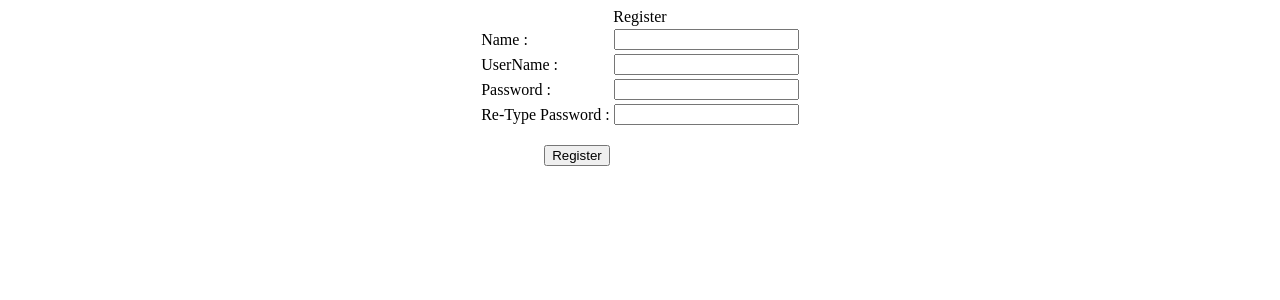
Repository: ShegokarSneha/Login-Registration
Page: http://localhost/LoginRegistration/Register.jsp
An editor plug-in stored every save of this project. The page is shown before and after the next save, followed by the edit.
The browser window is 1280 px wide. The pictures show the whole page.
The page is served by Tomcat 9. Other server files are loaded and not shown.

Above is the page before, as saved 2019-07-09 04:32:27.

### LoginRegistration/WebContent/Register.jsp
<%@ page language="java" contentType="text/html; charset=UTF-8"
	pageEncoding="UTF-8"%>
<!DOCTYPE html>
<html>
<head>
<meta charset="UTF-8">
<title>Insert title here</title>
</head>
<body>
	<center>
		<form action="Registration">
			<table>
				<caption>Register</caption>
				<tr>
					<td>Name :</td>
					<td><input type="text" name="name"></td>
				<tr>
					<td>UserName :</td>
					<td><input type="text" name="username"></td>
				<tr>
					<td>Password :</td>
					<td><input type="password" name="password"></td>
				<tr>
					<td>Re-Type Password :</td>
					<td><input type="password" name="password"></td>
				<tr>
					<td><p align="right">
							<input type="Submit" name="Submit" value="Register">
						</p></td>
			</table>
		</form>
	</center>
</body>
</html>

After the next save:
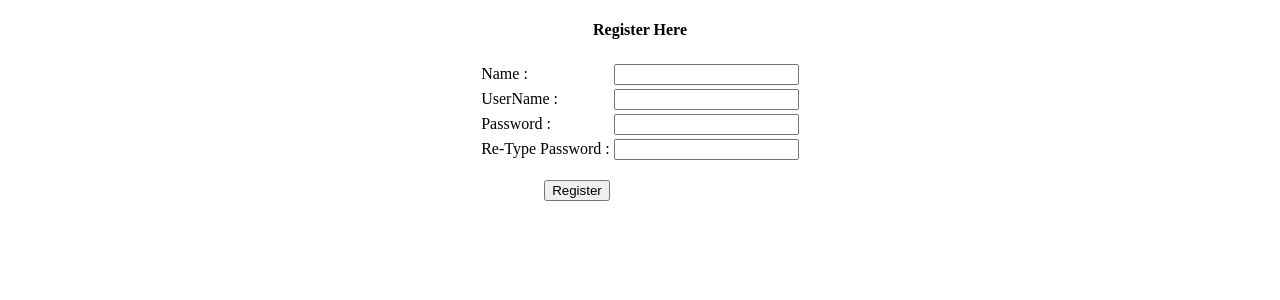
Saved 99 s later.
--- a/LoginRegistration/WebContent/Register.jsp
+++ b/LoginRegistration/WebContent/Register.jsp
@@ -8,9 +8,10 @@
 </head>
 <body>
 	<center>
+	<h4>Register Here</h4>
 		<form action="Registration">
 			<table>
-				<caption>Register</caption>
+
 				<tr>
 					<td>Name :</td>
 					<td><input type="text" name="name"></td>
